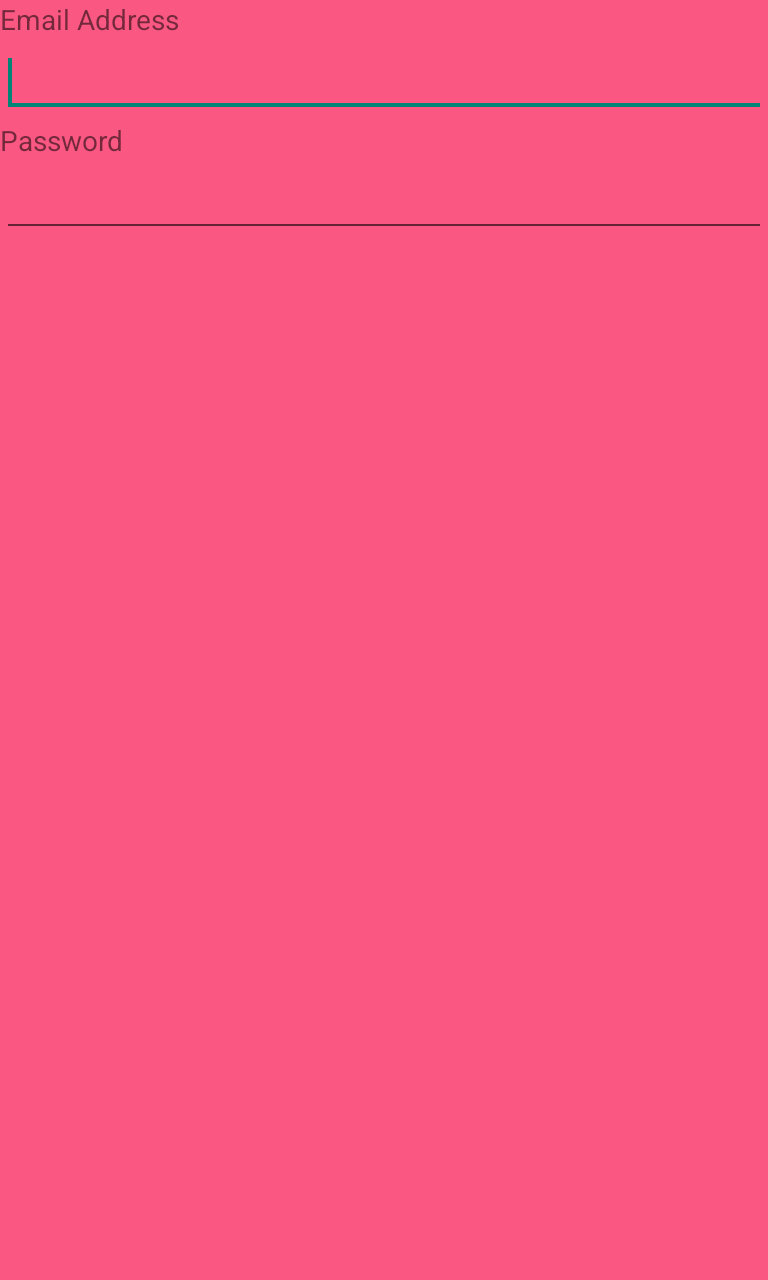
Repository: Clarenaliaka/code-challenge
Layout: ModernMum/res/layout/login.xml
These files come from the project's save history. The layout is drawn as it stood at one moment and after the next save; the edit follows.
It is drawn on a 768 x 1280 px phone screen (xhdpi) without system bars, with theme AppTheme; the app's code is not run.

Above is the layout before, as saved 2014-07-31 08:54:48.

After the next save:
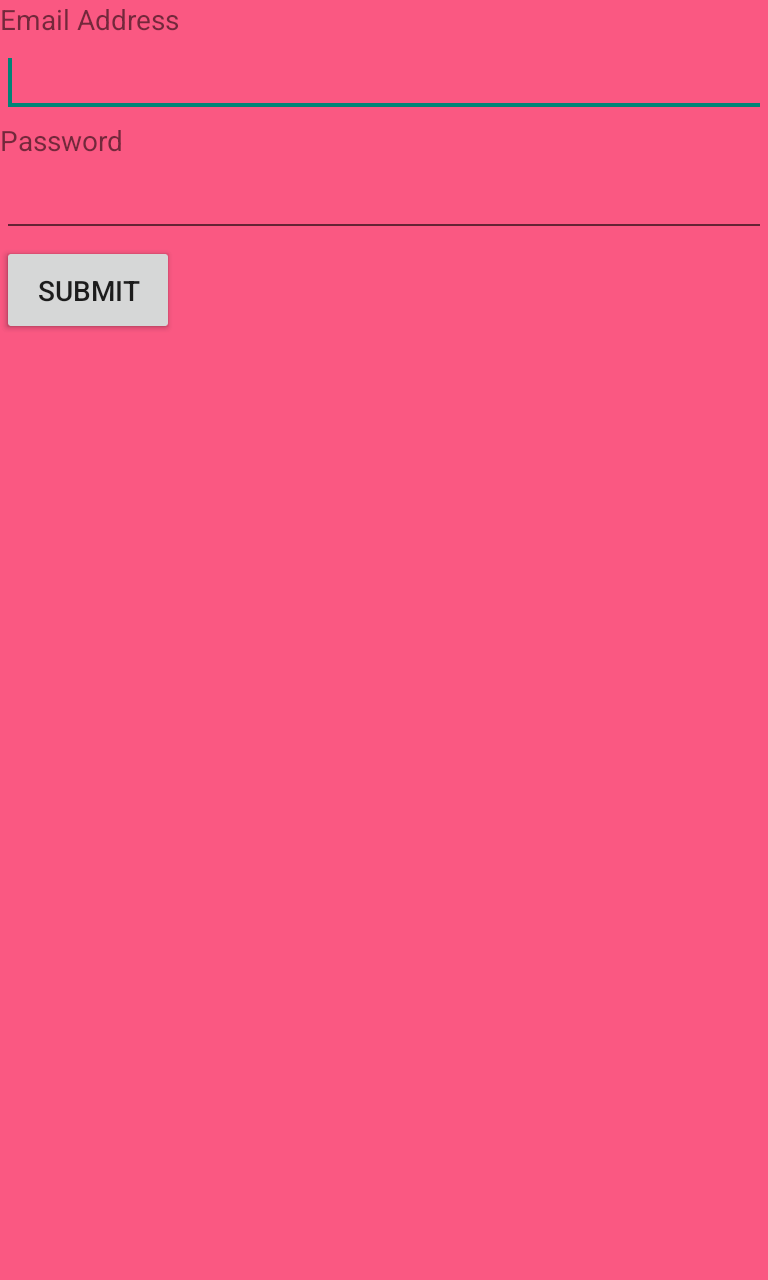
Saved 16 min 15 s later.
--- a/ModernMum/res/layout/login.xml
+++ b/ModernMum/res/layout/login.xml
@@ -34,4 +34,23 @@
         android:ems="10"
         android:inputType="textPassword" />
 
+    <RelativeLayout
+    android:layout_width="match_parent"
+    android:layout_height="match_parent"
+    android:orientation="vertical"
+    android:background="@color/pink">
+
+    <Button
+        android:id="@+id/button1"
+        android:layout_width="wrap_content"
+        android:layout_height="wrap_content"
+        android:text="@string/btnback" />
+
+    <Button
+        android:id="@+id/button2"
+        android:layout_width="wrap_content"
+        android:layout_height="wrap_content"
+        android:text="@string/btnsubmit" />
+    </RelativeLayout>
+
 </LinearLayout>
